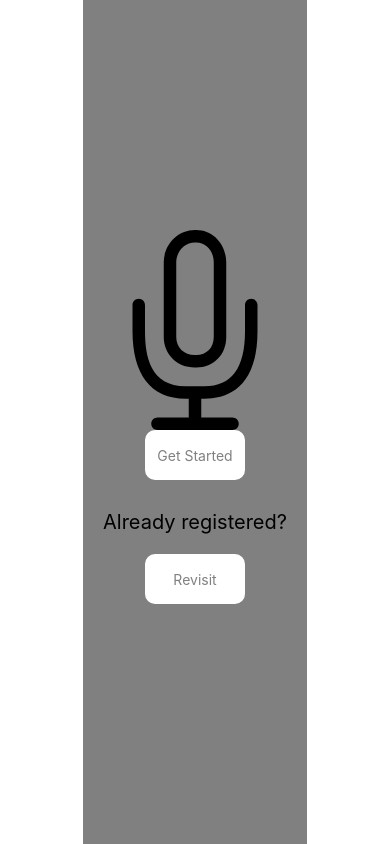
Repository: mortiestmorty1/recordings-app
Screen: / (app in frontend/)
The author's editor kept a copy of each file at every save. The screen is drawn from the files as they stood at one save, then again after the next save.
The app was drawn by React Native's web renderer in a window 390 px wide. The project was rebuilt for these pictures with package versions that can differ from the ones it lists, and the page was loaded fresh each time. Also part of the build but not shown: frontend/components/registerUser.js.

Above is the screen before, as saved 2024-03-07 22:51:33.

After the next save:
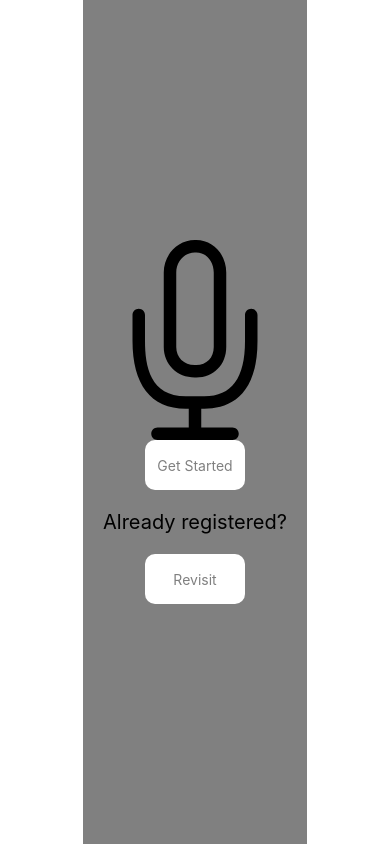
Saved 17 s later.
--- a/frontend/components/firstscreen.js
+++ b/frontend/components/firstscreen.js
@@ -49,7 +49,6 @@ const styles = StyleSheet.create({
     borderRadius: 10,
     justifyContent: 'center',
     alignItems: 'center',
-    marginBottom: 10, // Add space between buttons
   },
   btnText: {
     color: 'grey', // Style for the text inside TouchableOpacity
